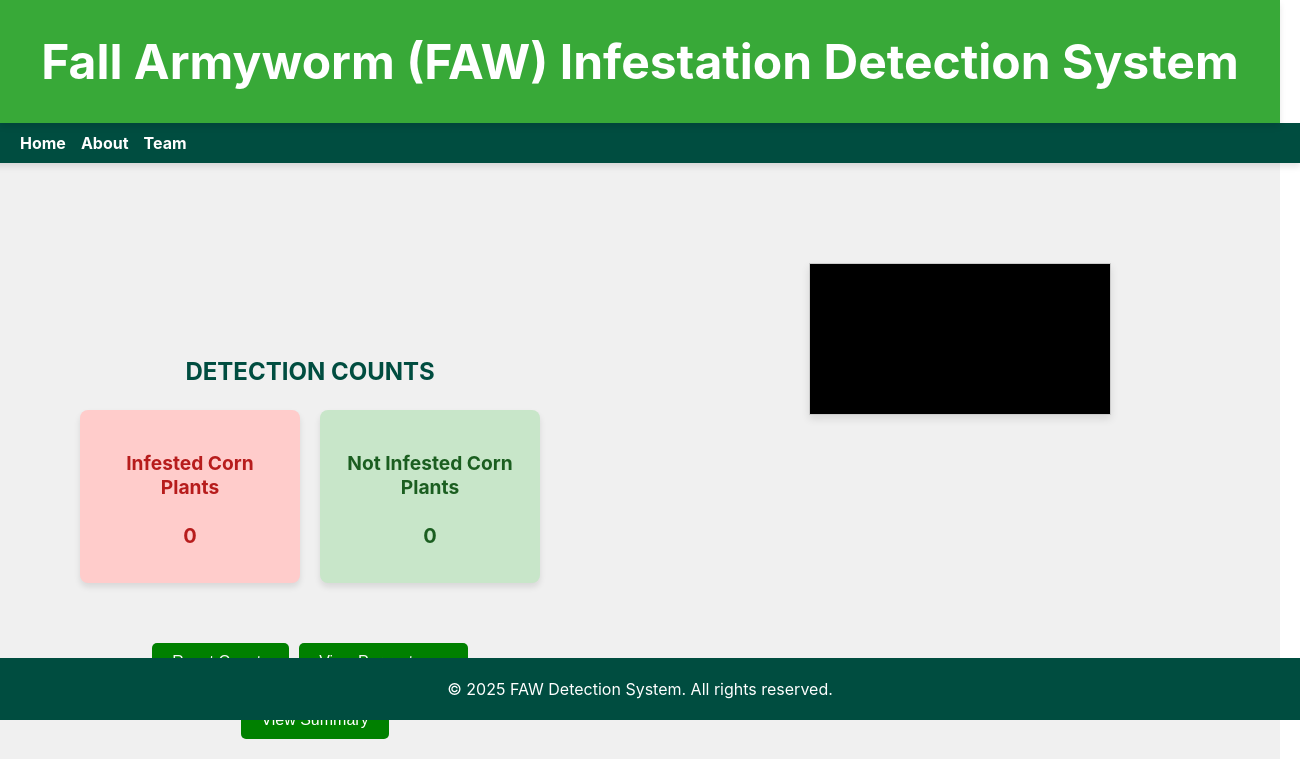
Repository: jansen223/faw-detection-main
Page: /
These files come from the project's save history. The page is drawn as it stood at one moment and after the next save; the edit follows.
The browser window is 1280 px wide. The page is 1300 px wide, so the pictures cover 1300 px, including what lies to the right of the window. The pictures show the whole page.
The page's requests for data from a server got no answer. The project was rebuilt for these pictures with package versions that can differ from the ones it lists, and the page was loaded fresh each time. No one was signed in, and anything a server would have sent is missing. Also part of the build but not shown: src/pages/About.css, src/pages/About.js, src/pages/Team.css, src/pages/Team.js, src/pages/Summary.css, src/pages/Summary.js.

Above is the page before, as saved 2025-04-10 16:54:47.

After the next save:
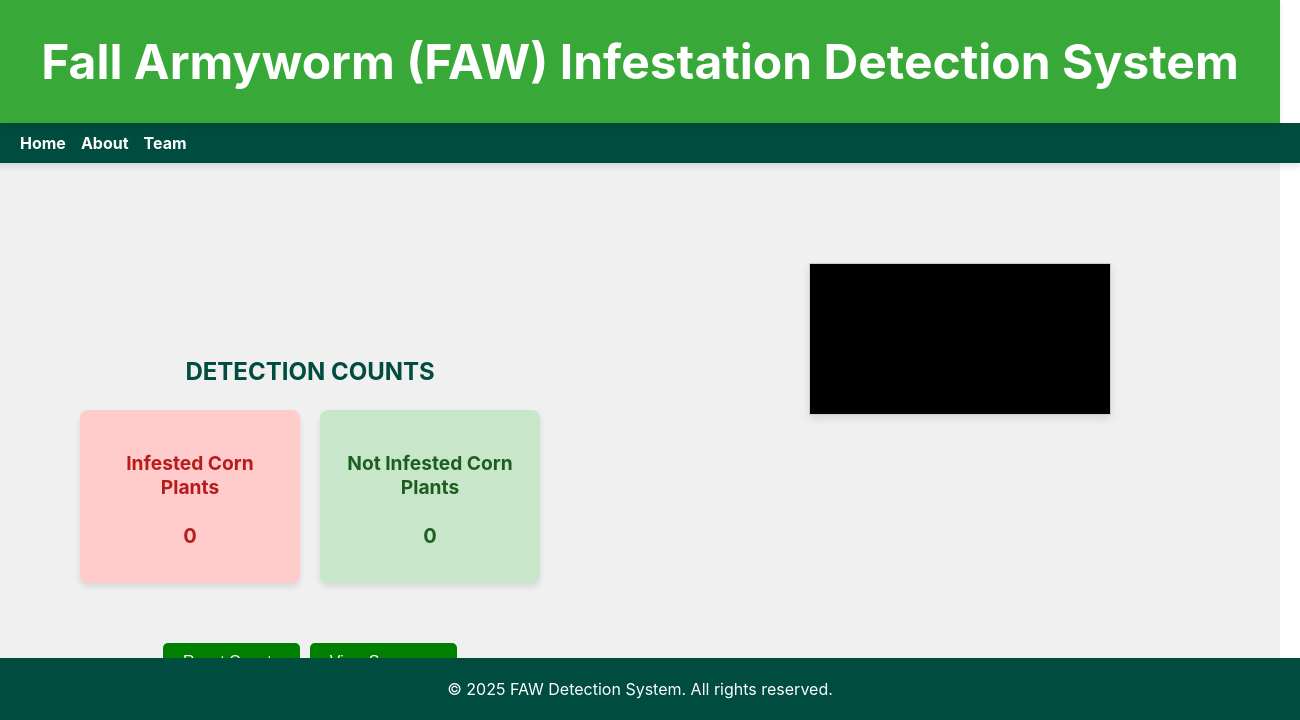
Saved 17 s later.
--- a/src/pages/Home.js
+++ b/src/pages/Home.js
@@ -26,9 +26,6 @@ function Home({ canvasRef, counts, resetCounts }) {
         <button onClick={resetCounts} className="reset-button">
           Reset Counts
         </button>
-        <button onClick={handleViewPercentages} className="view-percentages-button">
-          View Percentages
-        </button>
         <button onClick={() => navigate('/summary')} className="view-summary-button">
           View Summary
         </button>
